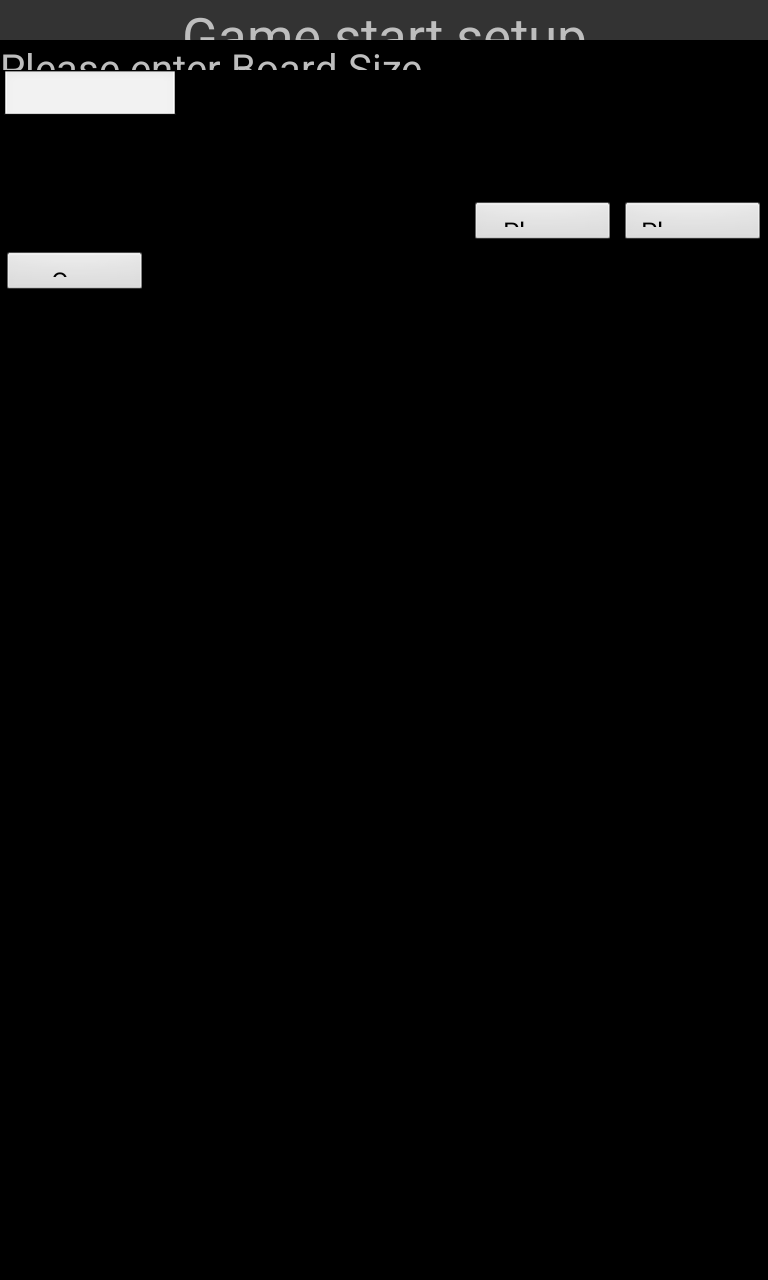
Repository: gulingithub/WeiChi
Layout: GoAndroid/res/layout/welcome.xml
These files come from the project's save history. The layout is drawn as it stood at one moment and after the next save; the edit follows.
It is drawn on a 768 x 1280 px phone screen (xhdpi) without system bars, with theme android:Theme; the app's code is not run.

Above is the layout before, as saved 2009-12-16 19:11:43.

### GoAndroid/res/layout/welcome.xml
<?xml version="1.0" encoding="utf-8"?>
<RelativeLayout
android:id="@+id/widget28"
android:layout_width="fill_parent"
android:layout_height="fill_parent"
xmlns:android="http://schemas.android.com/apk/res/android"
>

<LinearLayout
android:id="@+id/linearlayout"
android:layout_width="fill_parent"
android:layout_height="200px"

android:orientation="vertical"
android:layout_alignParentTop="true"
android:layout_alignParentLeft="true"
>
<TextView
android:id="@+id/textview"
android:layout_width="fill_parent"
android:background="#ff333333"
android:text="Game start setup"
android:textSize="12pt"
android:gravity="center"
android:layout_gravity="center_vertical"
android:layout_height="40px">
</TextView>
<TextView
android:id="@+id/board"
android:layout_width="fill_parent"
android:layout_height="30px"
android:text="Please enter Board Size"
android:textSize="9pt"

android:gravity="left"
>
</TextView>
<EditText
android:id="@+id/boardsize"
android:layout_width="180px"
android:layout_height="50px"
android:textSize="18sp"
>
</EditText>
</LinearLayout>
<Button
android:id="@+id/computer"
android:layout_width="150px"
android:layout_height="50px"
android:text="Player vs Computer"
android:textSize="13sp"
android:layout_below="@+id/linearlayout"
android:layout_alignRight="@+id/linearlayout"
>
</Button>
<Button
android:id="@+id/player"
android:layout_width="150px"
android:layout_height="50px"
android:text="Play vs Player"
android:textSize="13sp"
android:gravity="center"
android:layout_below="@+id/linearlayout"
android:layout_toLeftOf="@+id/computer"



>
</Button>

<Button
android:id="@+id/oneplayer"
android:layout_width="150px"
android:layout_height="50px"
android:text="One Player"
android:textSize="13sp"
android:gravity="center"

android:layout_below="@+id/player"

>
</Button>

</RelativeLayout>

After the next save:
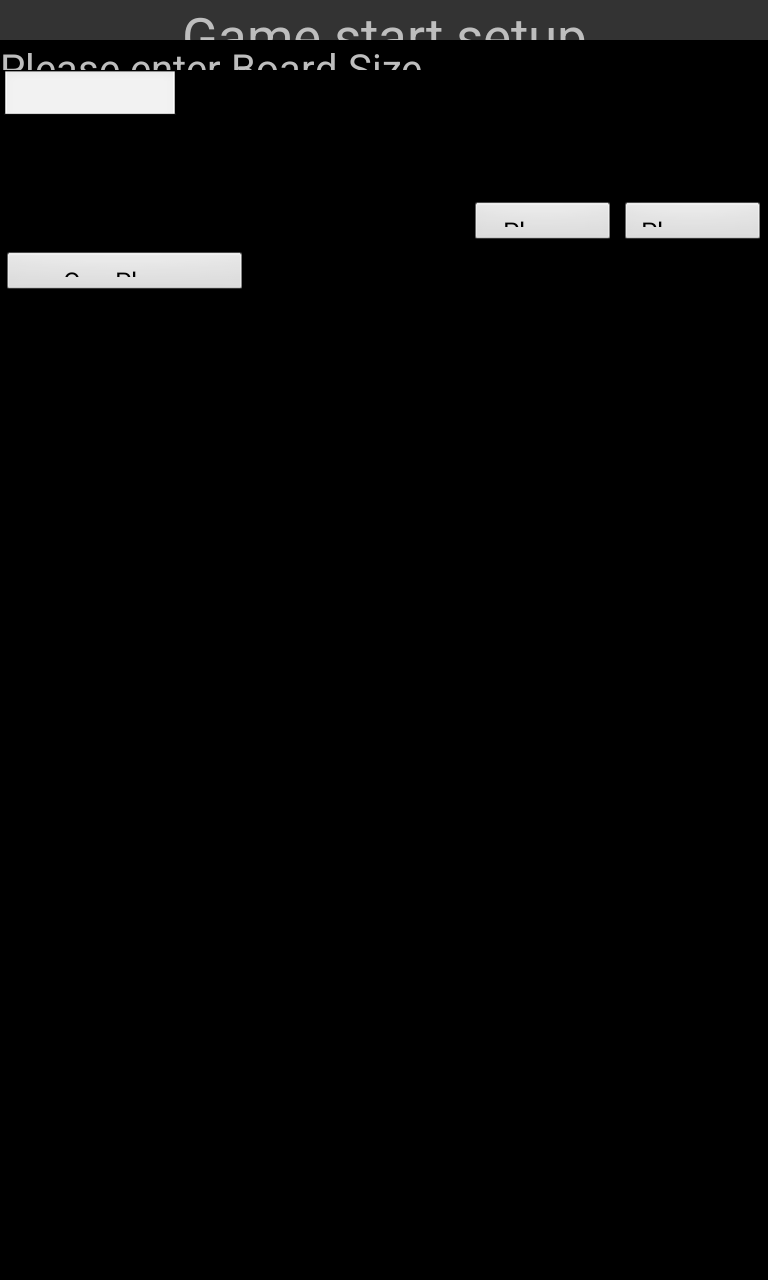
Saved 76 s later.
--- a/GoAndroid/res/layout/welcome.xml
+++ b/GoAndroid/res/layout/welcome.xml
@@ -70,7 +70,7 @@ android:layout_toLeftOf="@+id/computer"
 
 <Button
 android:id="@+id/oneplayer"
-android:layout_width="150px"
+android:layout_width="250px"
 android:layout_height="50px"
 android:text="One Player"
 android:textSize="13sp"
